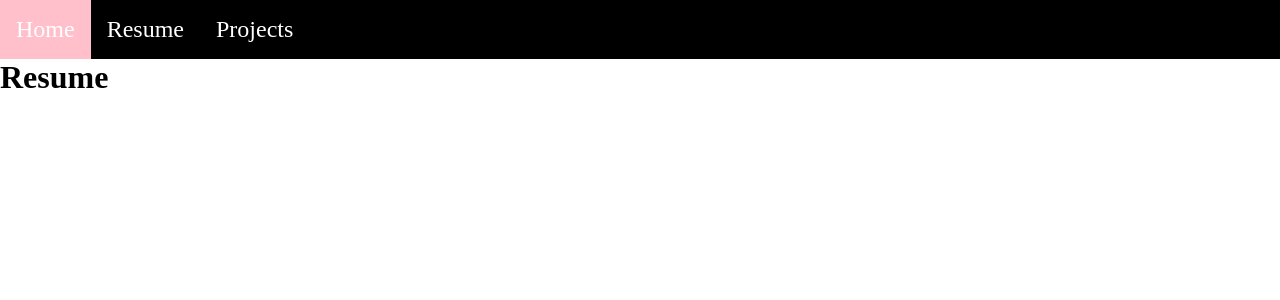
Repository: Starfishmas/Starfishmas.github.io
Page: resume.html
The author's editor kept a record of every edit. The page is drawn from the files as they stood at one moment, then again after the next edit.
The browser window is 1280 px wide. The pictures show the whole page.

Above is the page before.

### resume.html
<!DOCTYPE html>
<html>
    <head>
        <title>Home</title>
        <style>
            .navbar {list-style:none; background-color:black;overflow:hidden;padding:0px;}
            .navbar a, .dropdown div {text-decoration:none; color:white; font-size:24px; padding:16px; display:inline-block;}
            .navbar li {float:left;}
            * {padding:0; margin:0; list-style:none;}
            .navbar li:hover {background-color:pink;}
            .dropdown-content li {float:none;}
            .dropdown-content {padding:0; display:none; position:absolute; z-index:100; background-color:black;}
            .dropdown:hover .dropdown-content{display:block}

        </style>
    </head>
<body>
    <ul class=navbar>
        <li><a href="index.html">Home</a></li>
        <li class="active"><a href="resume.html">Resume</a></li>
        <li class="dropdown">
            <div>Projects</div>
            <ul class="dropdown-content">
                <li><a href="#">Project1</a></li>
                <li><a href="#">Project2</a></li>
                <li><a href="#">Project3</a></li>
            </ul>
        </li>

    </ul>

<h1>Resume</h1>

</body>
</html>

### style.css
            .navbar {list-style:none; background-color:black;overflow:hidden;padding:0px;}
            .navbar a, .dropdown div {text-decoration:none; color:white; font-size:24px; padding:16px; display:inline-block;}
            .navbar li {float:left;}
            * {padding:0; margin:0; list-style:none;}
            .navbar li:hover {background-color:pink;}
            .dropdown-content li {float:none;}
            .dropdown-content {padding:0; display:none; position:absolute; z-index:100; background-color:black;}
            .dropdown:hover .dropdown-content{display:block}
            .active {background-color:pink;}

After the next edit:
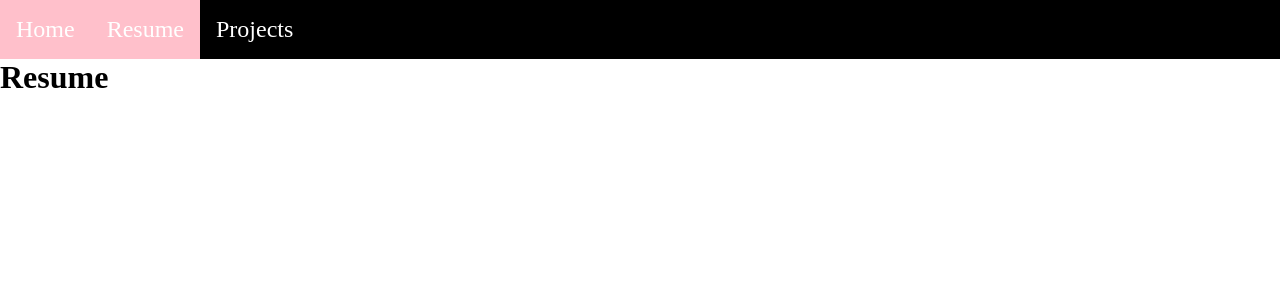
The edit:
--- a/resume.html
+++ b/resume.html
@@ -2,17 +2,8 @@
 <html>
     <head>
         <title>Home</title>
-        <style>
-            .navbar {list-style:none; background-color:black;overflow:hidden;padding:0px;}
-            .navbar a, .dropdown div {text-decoration:none; color:white; font-size:24px; padding:16px; display:inline-block;}
-            .navbar li {float:left;}
-            * {padding:0; margin:0; list-style:none;}
-            .navbar li:hover {background-color:pink;}
-            .dropdown-content li {float:none;}
-            .dropdown-content {padding:0; display:none; position:absolute; z-index:100; background-color:black;}
-            .dropdown:hover .dropdown-content{display:block}
-
-        </style>
+        <link rel="stylesheet" type="text/css" href="style.css">
+        <link rel="stylesheet" type="text/css" href="//fonts.googleapis.com/css?family=Indie+Flower" />
     </head>
 <body>
     <ul class=navbar>
